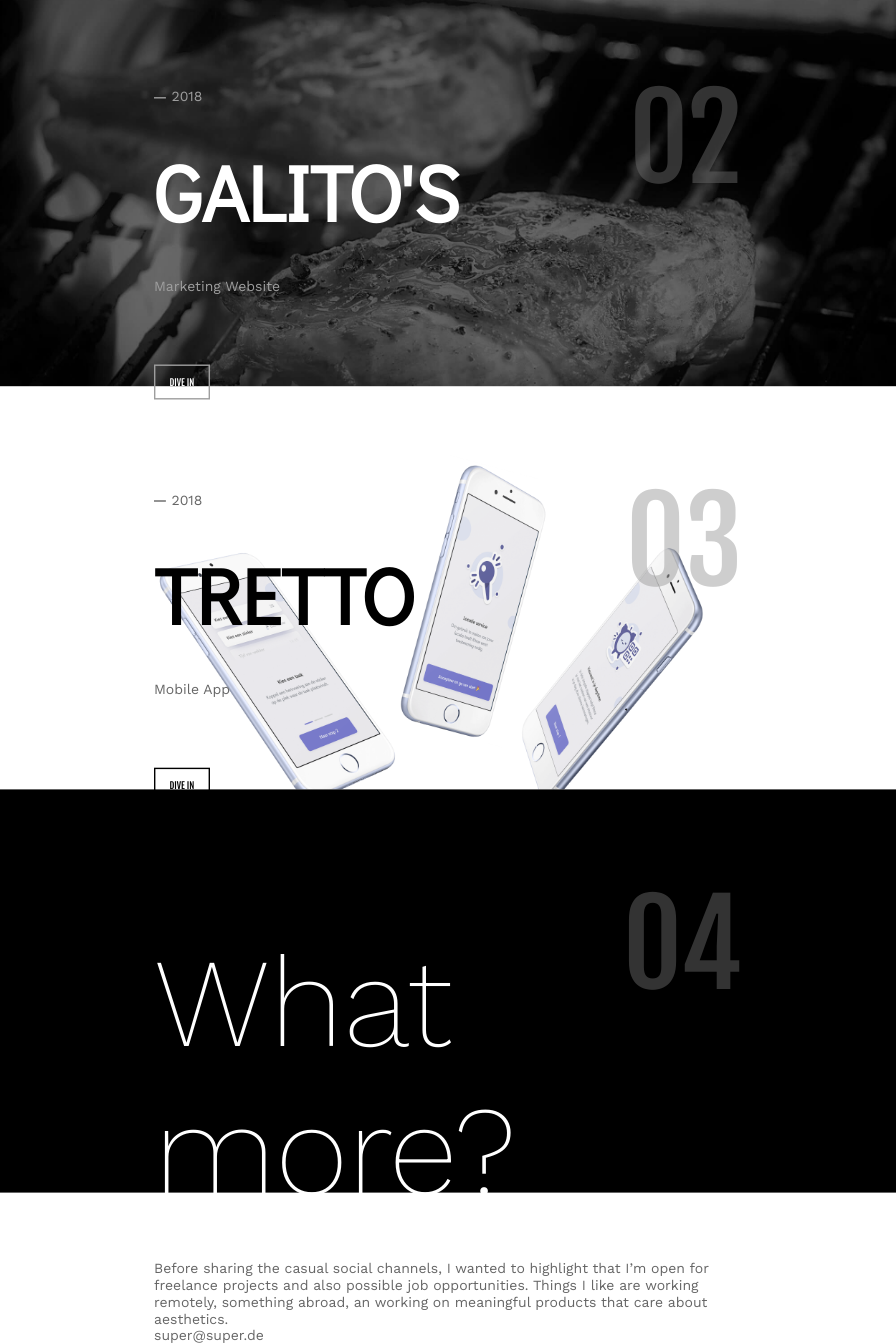
Repository: m0lt/DigitalDesigner
Page: index.html
These files come from the project's save history. The page is drawn as it stood at one moment and after the next save; the edit follows.
The browser window is 1280 px wide. The pictures show the part of the page from y = 2584 to 4504 px (the page is 4504 px tall), at 70% of full size.
Backgrounds fixed to the window are drawn as part of the page.

Above is the page before, as saved 2025-07-08 11:35:40.

After the next save:
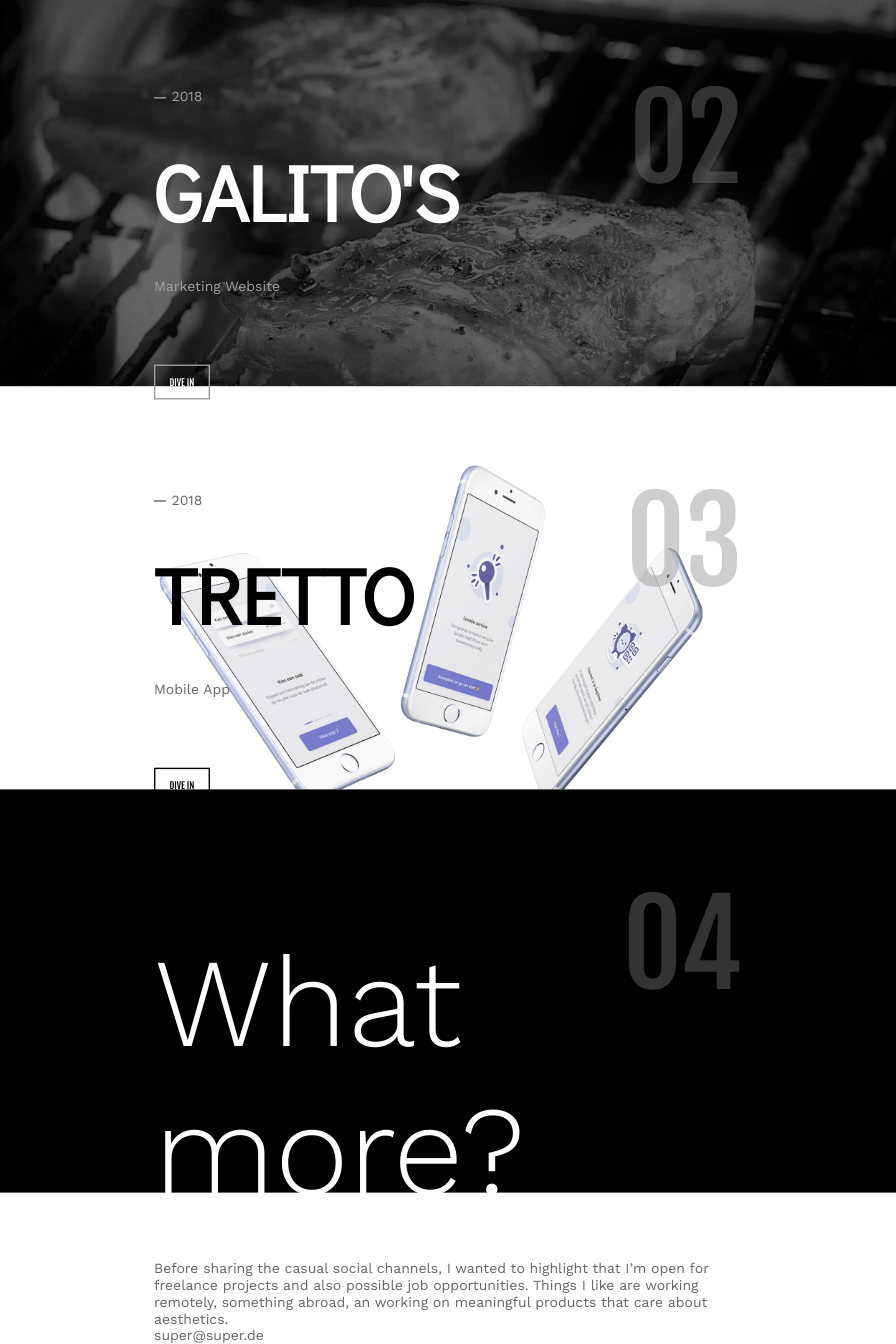
Saved 7 s later.
--- a/assets/css/styles.css
+++ b/assets/css/styles.css
@@ -154,7 +154,7 @@ p.number {
 #more h2 {
   font-size: 180px;
   font-family: "Work Sans";
-  font-weight: 200;
+  font-weight: 300;
   color: var(--bright);
 }
 #more p {
